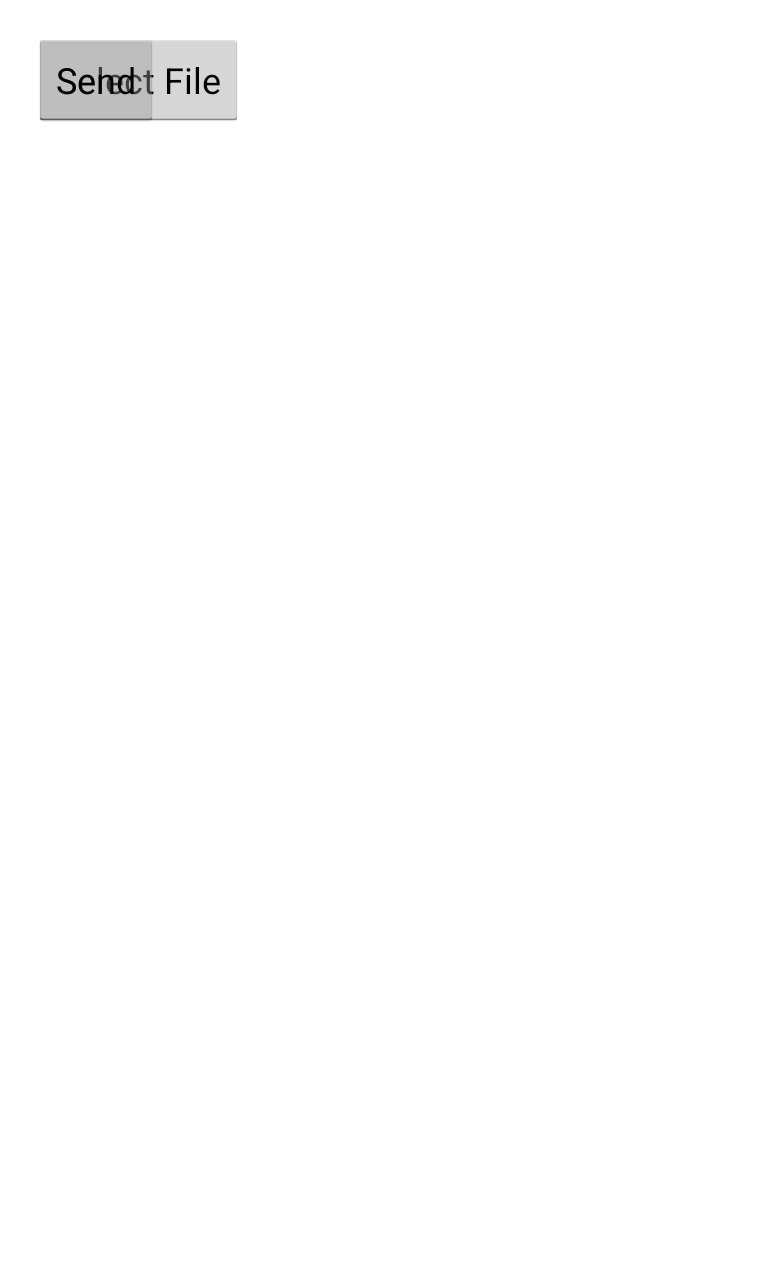
Repository: mossr/ocr_testing
Layout: sending_to_server/Photo2Server/res/layout/activity_main.xml
An editor plug-in stored every save of this project. The layout is shown before and after the next save, followed by the edit.
It is drawn on a 768 x 1280 px phone screen (xhdpi) without system bars, with theme AppTheme; the app's code is not run.

Above is the layout before, as saved 2014-01-15 02:48:11.

### sending_to_server/Photo2Server/res/layout/activity_main.xml
<RelativeLayout xmlns:android="http://schemas.android.com/apk/res/android"
    xmlns:tools="http://schemas.android.com/tools"
    android:layout_width="wrap_content"
    android:layout_height="wrap_content"
    android:paddingBottom="@dimen/activity_vertical_margin"
    android:paddingLeft="@dimen/activity_horizontal_margin"
    android:paddingRight="@dimen/activity_horizontal_margin"
    android:paddingTop="@dimen/activity_vertical_margin"
    tools:context=".MainActivity" >

    <TextView
        android:id="@+id/textView1"
        android:layout_height="wrap_content"
        android:layout_width="wrap_content" />

    <Button
        android:id="@+id/button1"
        android:layout_gravity="center"
        android:layout_height="wrap_content"
        android:layout_width="wrap_content"
        android:text="Select File" />

    <Button
        android:id="@+id/button2"
        android:layout_gravity="center"
        android:layout_height="wrap_content"
        android:layout_width="wrap_content"
        android:text="Send" />


</RelativeLayout>

Loaded but not shown: sending_to_server/Photo2Server/res/values/styles.xml (common file); sending_to_server/Photo2Server/res/values-v11/styles.xml (common file); sending_to_server/Photo2Server/res/values-v14/styles.xml (common file); sending_to_server/Photo2Server/res/values/dimens.xml (common file)

After the next save:
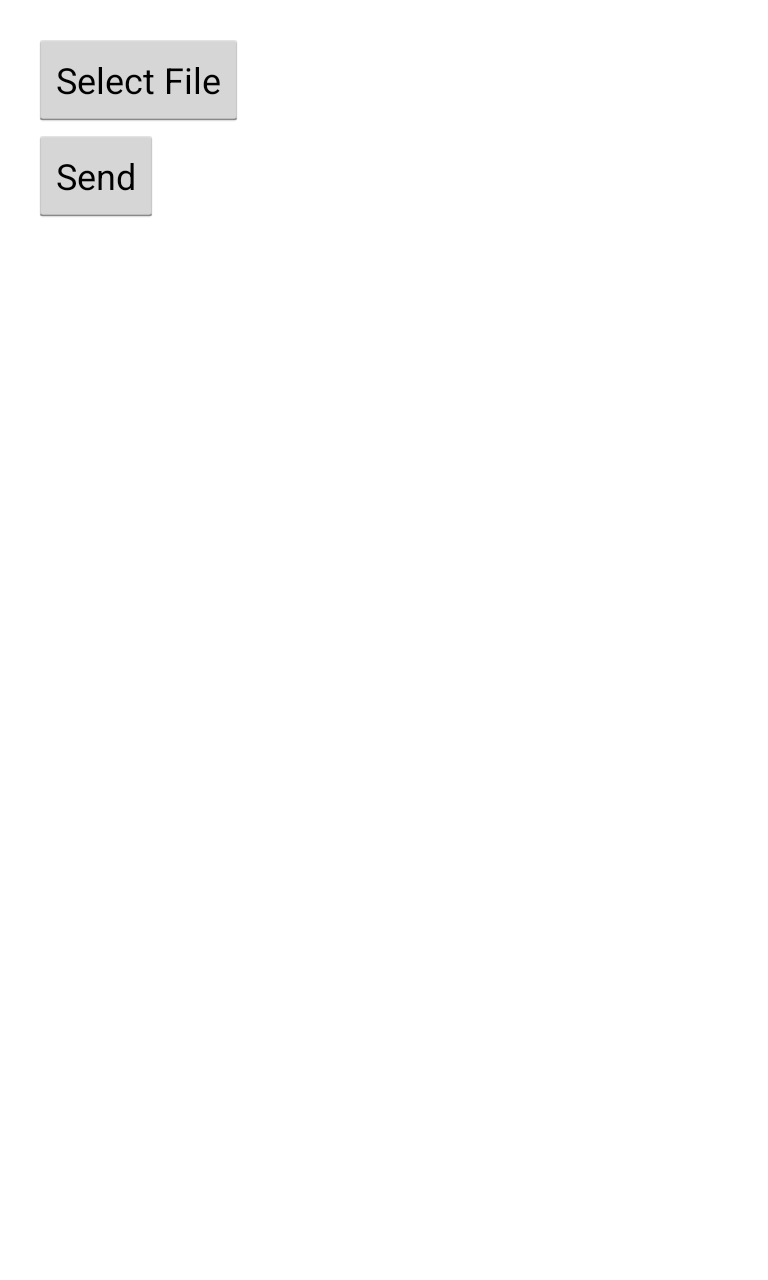
Saved 2 min 0 s later.
--- a/sending_to_server/Photo2Server/res/layout/activity_main.xml
+++ b/sending_to_server/Photo2Server/res/layout/activity_main.xml
@@ -25,6 +25,7 @@
         android:layout_gravity="center"
         android:layout_height="wrap_content"
         android:layout_width="wrap_content"
+        android:layout_below="@id/button1"
         android:text="Send" />
 
 
